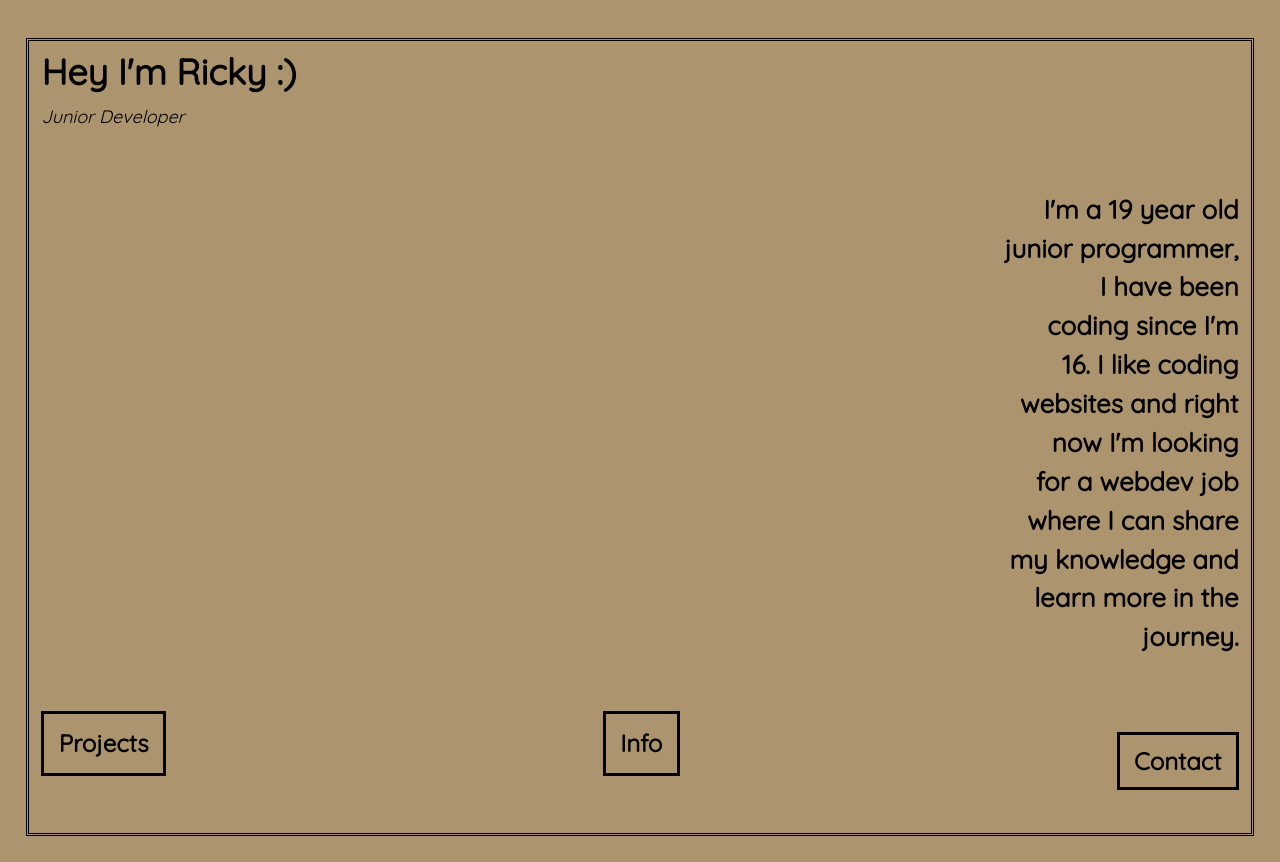
Repository: rickypcyt/ricky-react-portfolio
Page: /
These files come from the project's save history. The page is drawn as it stood at one moment and after a run of saves; the edit follows.
The browser window is 1280 px wide. The pictures show the whole page.
The project was rebuilt for these pictures with package versions that can differ from the ones it lists, and the page was loaded fresh each time. Also part of the build but not shown: src/pages/Info.js, src/pages/Projects.js, src/pages/Contact.js, src/pages/WebMural.js, src/pages/NotesJS.js.

Above is the page before, as saved 2022-09-12 15:11:37.

### src/index.js
import React from "react";
import ReactDOM from "react-dom/client";
import "./index.css";
import App from "./App";
import reportWebVitals from "./reportWebVitals";
import { BrowserRouter, Routes, Route, Switch } from "react-router-dom";

const root = ReactDOM.createRoot(document.getElementById("root"));
root.render(
  <React.StrictMode>
    <BrowserRouter>
      <App />
    </BrowserRouter>
  </React.StrictMode>
);

// If you want to start measuring performance in your app, pass a function
// to log results (for example: reportWebVitals(console.log))
// or send to an analytics endpoint. Learn more: https://bit.ly/CRA-vitals
reportWebVitals();

### src/index.css
@import url("https://fonts.googleapis.com/css2?family=Quicksand");

input[type="file"] {
  display: none;
}
.container {
  top: 0%;
  left: 0%;
}
::marker {
  display: none;
}
.image-container {
  width: 100%;
  margin: auto;
  display: flex;
  flex-direction: row;
  justify-content: space-evenly;
  gap: 15px;
  padding: 10px;
}
body {
  line-height: 1;
  font-family: "Quicksand";
  font-size: large;
  margin: 2%;
  padding: 1%;
  border-style: double;
  margin-top: 3%;
  background: #ac946e;
}
ol {
  list-style: none;
  display: flex;
  padding: 0;
  justify-content: space-between;
  align-items: flex-start;
  display: flex;
  flex-wrap: wrap;
  align-content: center;
}
.content {
  position: absolute;
  right: calc(var(--pad) * 2);
  bottom: calc(var(--pad) * 2);
  white-space: nowrap;
}
.parrafo {
  line-height: 1.5;
  text-align: end;
  font-size: larger;
}
.parrafo span {
  display: block;
}
.titulo {
  margin: 0;
}
.oli {
  font-weight: bold;
  border-style: solid;
  font-size: x-large;
  padding: 1ch;
}
.descripcion {
  font-weight: lighter;
  font-style: oblique;
}
.oli:hover {
  color: black;
  border-style: dotted;
}
.page {
  padding-top: 2%;
  padding-bottom: 3%;
}
.pageContact {
  padding-top: 8%;
  padding-bottom: 9%;
}
.cabeceranavi {
  padding-bottom: 1%;
}
p {
  font-weight: bold;
}
a {
  color: black;
  text-decoration: none;
  padding: 0ch;
}
span {
  font-size: larger;
}
li {
  width: 7%;
  height: 10%;
}
ul {
  list-style-type: none;
  margin: 0%;
  display: flex;
  align-items: center;
  flex-direction: row;
  padding-top: 5%;
  padding-bottom: 5%;
  padding-left: 0%;
  justify-content: space-around;
}
.imagenes {
  display: block;
  height: auto;
  width: auto;
  padding-top: 5%;
  padding-bottom: 5%;
}

.imagenesproyect {
  position: relative;
}
.fixer {
  display: flex;
  flex-direction: row;
  justify-content: space-evenly;
  padding-bottom: 3%;
}
.overlay {
  position: absolute;
  top: 0.83cm;

  background: rgb(0, 0, 0);
  background: rgb(2, 0.3, 0.9, 0.6); /* Black see-through */
  color: #f1f1f1;
  width: 100%;
  transition: 0.5s ease;
  color: white;
  text-align: center;
  font-size: 20px;
  padding-top: 20px;
  padding-bottom: 20px;
  opacity: 0;
}
.imagenesproyect:hover .overlay {
  opacity: 1;
}
.overlay2 {
  position: absolute;
  bottom: 8%;
  background: rgb(0, 0, 0);
  background: rgba(40, 40, 40, 0.6); /* Black see-through */
  color: #f1f1f1;
  width: 100%;
  transition: 0.5s ease;
  color: white;
  text-align: center;
  font-size: 20px;
  padding-top: 20px;
  padding-bottom: 20px;
  opacity: 0;
}
.imagenesproyect:hover .overlay2 {
  opacity: 1;
}

.homeinfo {
  font-size: x-large;
}

@media screen and (max-width: 1340px) {
  .fixer {
    flex-direction: column;
    justify-content: center;
  }
  .imagenes {
    height: auto;
    width: 100%;
  }
  ol {
  }
}

.image-container {
  width: auto;
  margin: auto;
  /* display: flex; */
  flex-wrap: wrap;
  gap: 15px;
  padding: 10px;
}

.image-container img {
  max-width: 100%;
  max-height: 225px;
}

.container .image-container .image {
  border: 4px solid black;
  overflow: hidden;
  /* cursor: pointer; */
}

.container .image-container .image img {
  height: 100%;
  width: 100%;
}
@media (max-width: 700px) {
  .image-container img {
    max-height: -10px;
  }
}

.image:hover {
  transform: scale(1.15); /* (150% zoom - Note: if the zoom is too large, it will go outside of the viewport) */
}

### src/App.js
import Content from "./Content";
import Info from "./pages/Info";
import Projects from "./pages/Projects";
import Contact from "./pages/Contact";
import WebMural from "./pages/WebMural";
import NotesJS from "./pages/NotesJS";
import { Route, Routes, Switch } from "react-router-dom";

function App() {
  return (
    <>
      <Routes>
        <Route path="/" element={<Content />}/>
        <Route path="/Projects" element={<Projects />} />
        <Route path="/Info" element={<Info />} />
        <Route path="/Contact" element={<Contact />} />
        <Route path="/WebMural" element={<WebMural />} />
        <Route path="/NotesJS" element={<NotesJS />} />
      </Routes>
    </>
  );
}
export default App;

### src/Content.js
import { Link, useMatch, useResolvedPath } from "react-router-dom";
export default function Content() {
    console.log(window.location)
  return (
    <main className="BodyOriginal">
      <div id="Page">
        <div className="cabecera">
          <h1 className="titulo">Hey I'm Ricky :)</h1>
          <p className="descripcion">Junior Developer</p>
        </div>
        <div className="separador">
          <section className="page" style={{ display: "block", opacity: 1 }}>
            <div className="home">
              <p className="parrafo ">
                <span>I'm a 19 year old </span>
                <span>junior programmer,</span>
                <span>I have been</span>
                <span> coding since I'm</span>
                <span>16. I like coding</span>
                <span>websites and right</span>
                <span>now I'm looking</span>
                <span>for a webdev job</span>
                <span>where I can share</span>
                <span>my knowledge and</span>
                <span>learn more in the</span>
                <span>journey.</span>
              </p>
            </div>
          </section>
          <nav className="cabeceranavi">
            <ol>
              <div>
                <CustomLink to="projects" className="oli">
                  Projects
                </CustomLink>
              </div>
              <div>
                <CustomLink to="info" className="oli">
                  Info
                </CustomLink>
              </div>
              <div className="oli">
                <CustomLink to="contact">Contact</CustomLink>
              </div>
            </ol>
          </nav>
        </div>
      </div>
    </main>
  );
}

function CustomLink({ to, children, ...props }) {
  const resolvedPath = useResolvedPath(to);
  const isActive = useMatch({ path: resolvedPath.pathname, end: true });
  return (
    <li className={isActive ? "active" : ""}>
      <Link to={to} {...props}>
        {children}
      </Link>
    </li>
  );
}

Loaded but not shown: public/index.html (common file); src/reportWebVitals.js (common file)

After the next 3 saves:
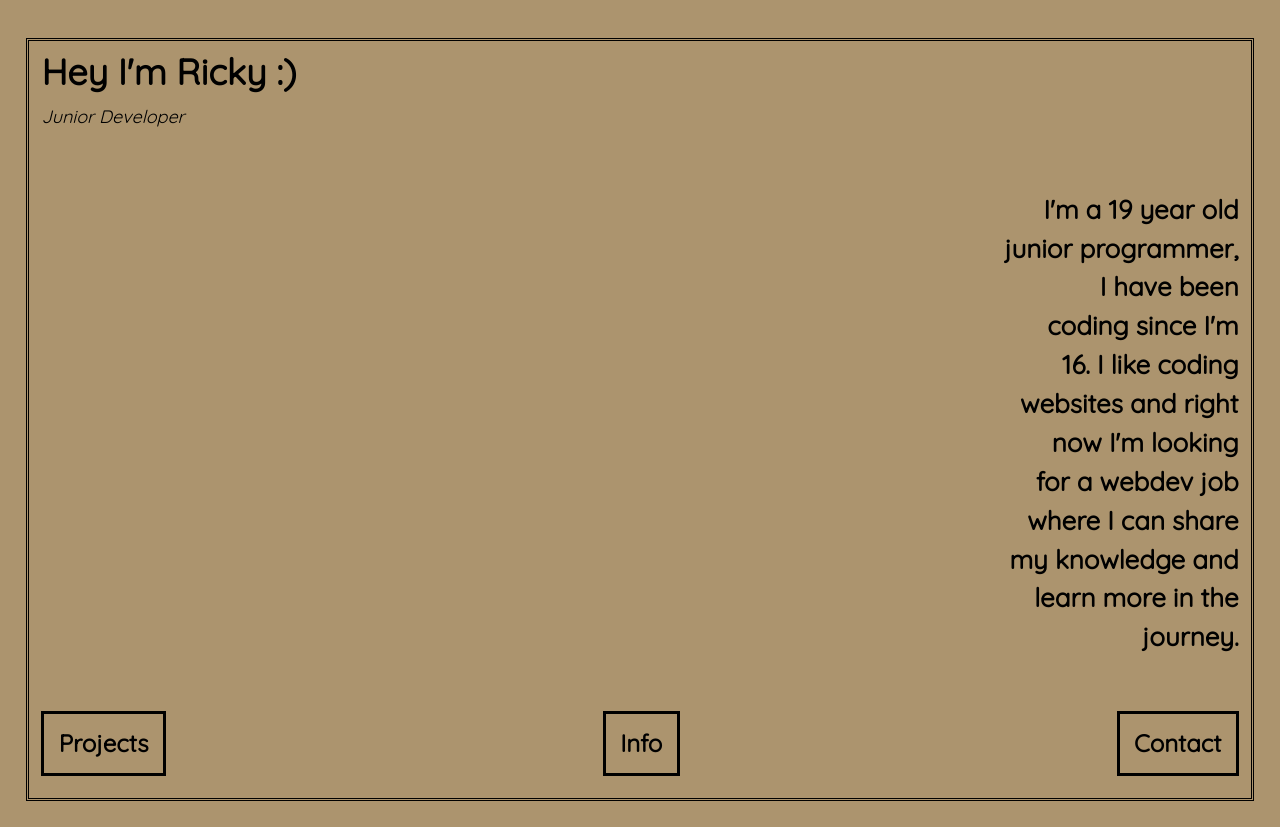
The 3 saves are shown as one change because they came seconds apart.
The last was saved 10 s later.
--- a/src/Content.js
+++ b/src/Content.js
@@ -39,8 +39,10 @@ export default function Content() {
                   Info
                 </CustomLink>
               </div>
-              <div className="oli">
-                <CustomLink to="contact">Contact</CustomLink>
+              <div>
+                <CustomLink to="contact" className="oli">
+                  Contact
+                </CustomLink>
               </div>
             </ol>
           </nav>
